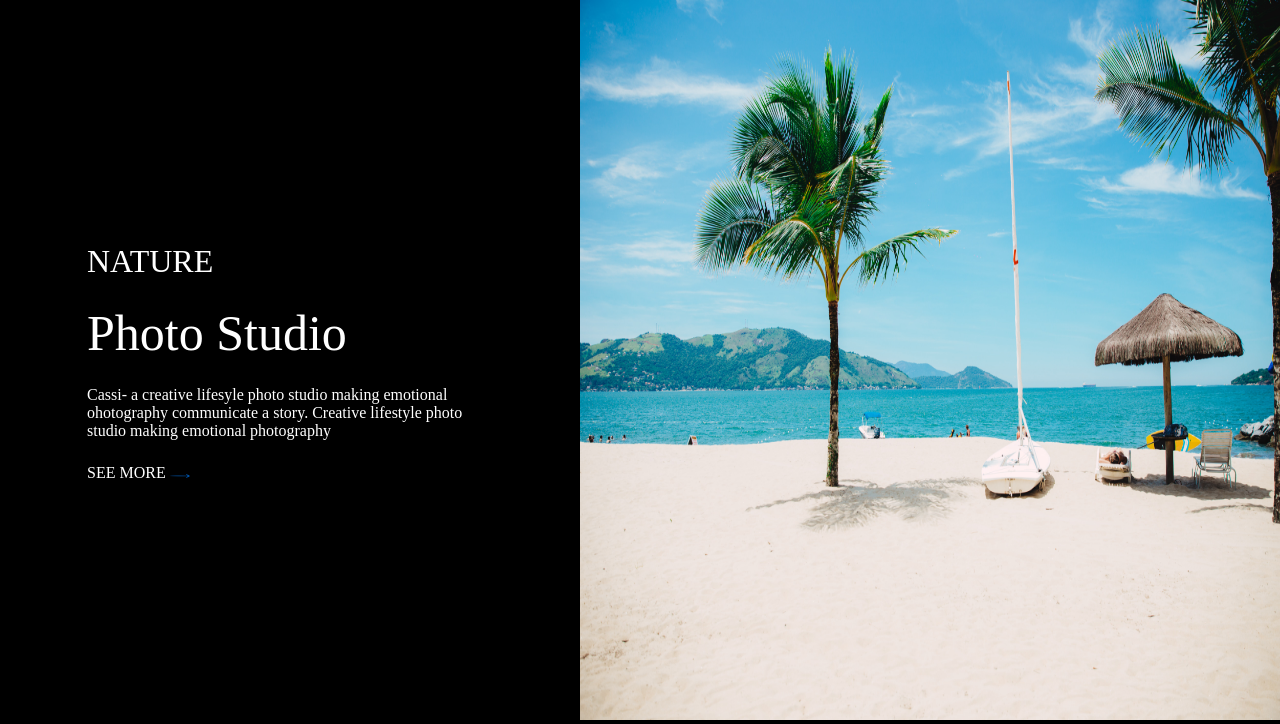
Repository: BRAspeaks/petty-project1
Page: pettyproject1.html
An editor plug-in stored every save of this project. The page is shown before and after a run of saves, followed by the edit.
The browser window is 1280 px wide. The pictures show the whole page.

Above is the page before, as saved 2022-07-25 15:32:49.

After the next 2 saves:
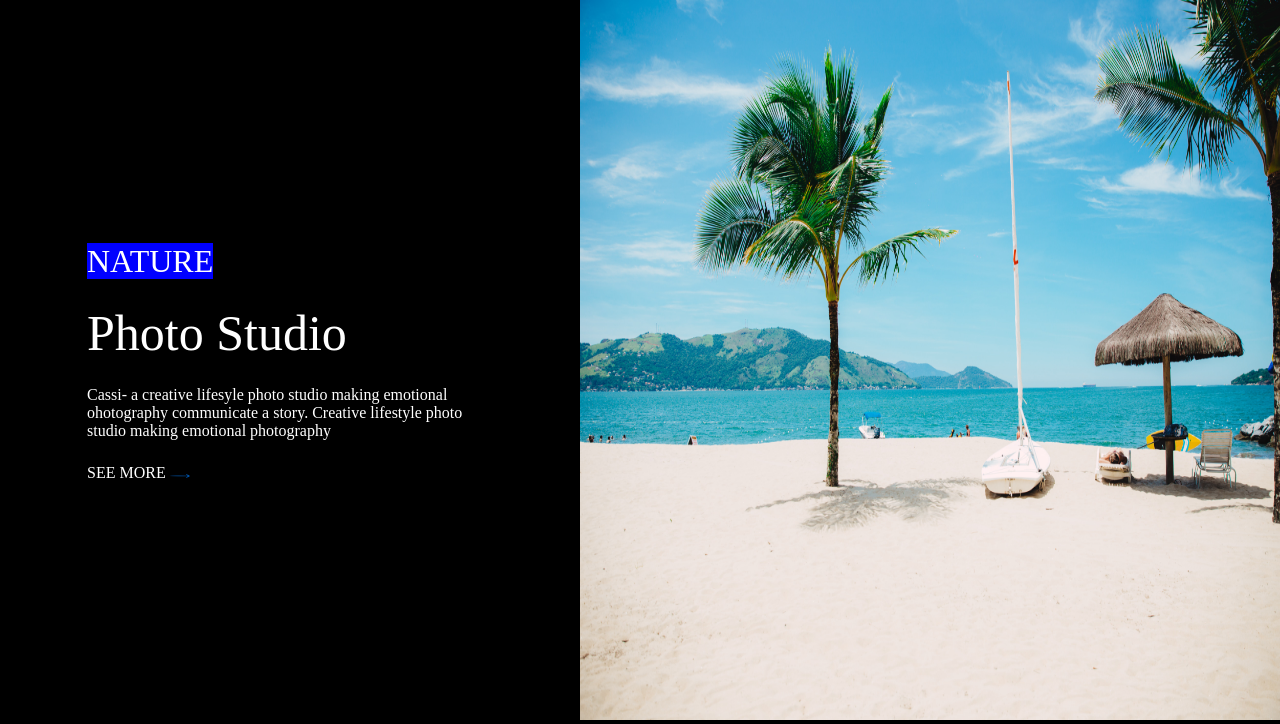
The 2 saves are shown as one change because they came seconds apart.
The last was saved 7 s later.
--- a/pettyproject1.html
+++ b/pettyproject1.html
@@ -9,7 +9,7 @@
     </head>
     <body>
         <div class="main">
-            <p class="Nature"><span>NATURE</span></p>
+            <p class="Nature"><span style="background-color: blue;">NATURE</span></p>
             <p class="photo">Photo Studio</p>
             <p class="bodice">
                 Cassi- a creative lifesyle photo studio making emotional ohotography communicate a story. Creative lifestyle photo studio making emotional photography
